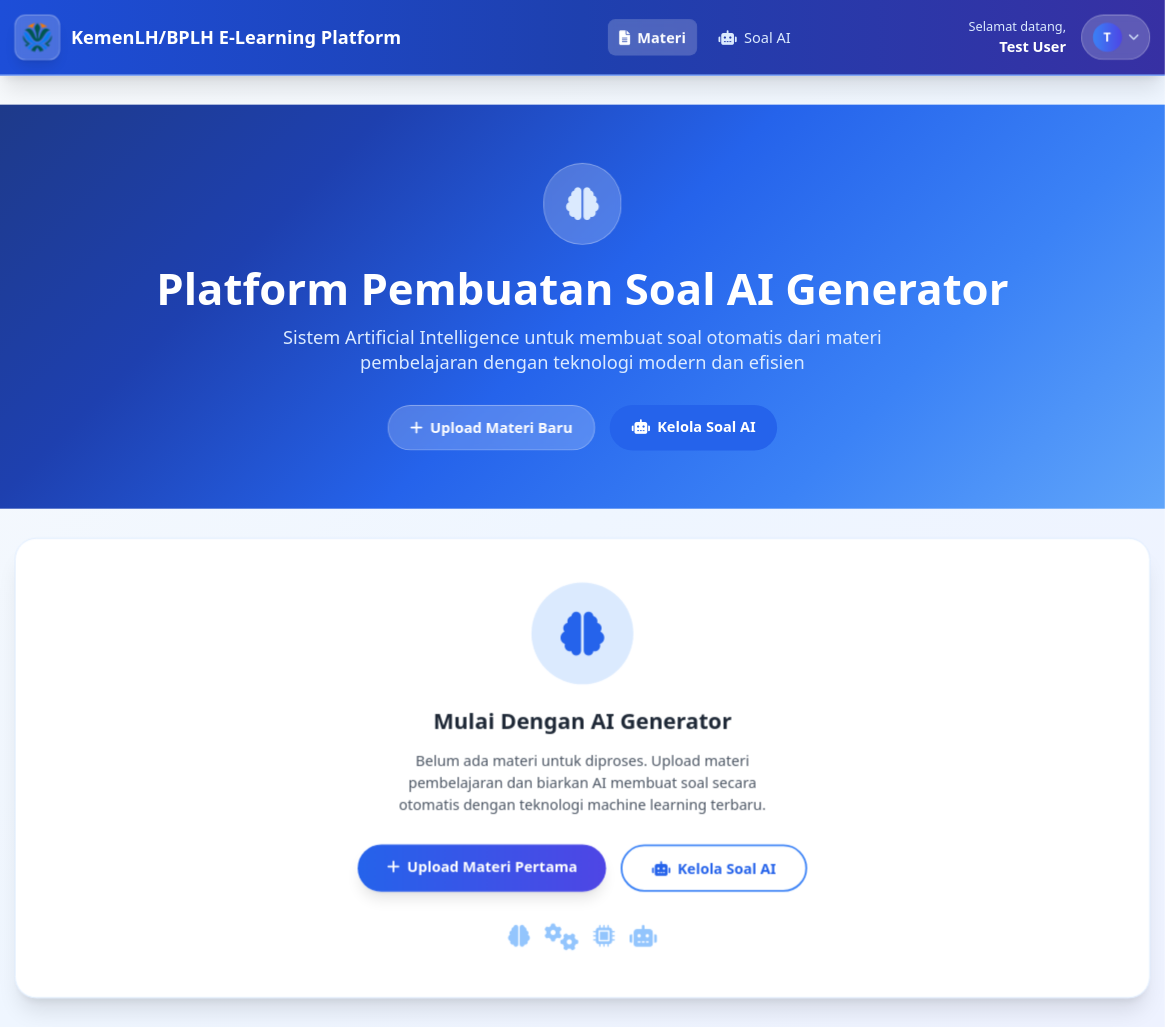
Repository: Autofat/LMS-MOOC
Page: http://localhost/materials
These files come from the project's save history. The page is drawn as it stood at one moment and after the next save; the edit follows.
The browser window is 1280 px wide. The pictures show the whole page, at 91% of full size.
Some web libraries are served in a nearby version. The page is served by the project's Laravel application, run on PHP 8.4 with Laravel 12. A made-up administrator, Test User (test@example.com), is signed in. Queries for data that is not in the repository find no rows.

Above is the page before, as saved 2025-08-01 13:17:23.

After the next save:
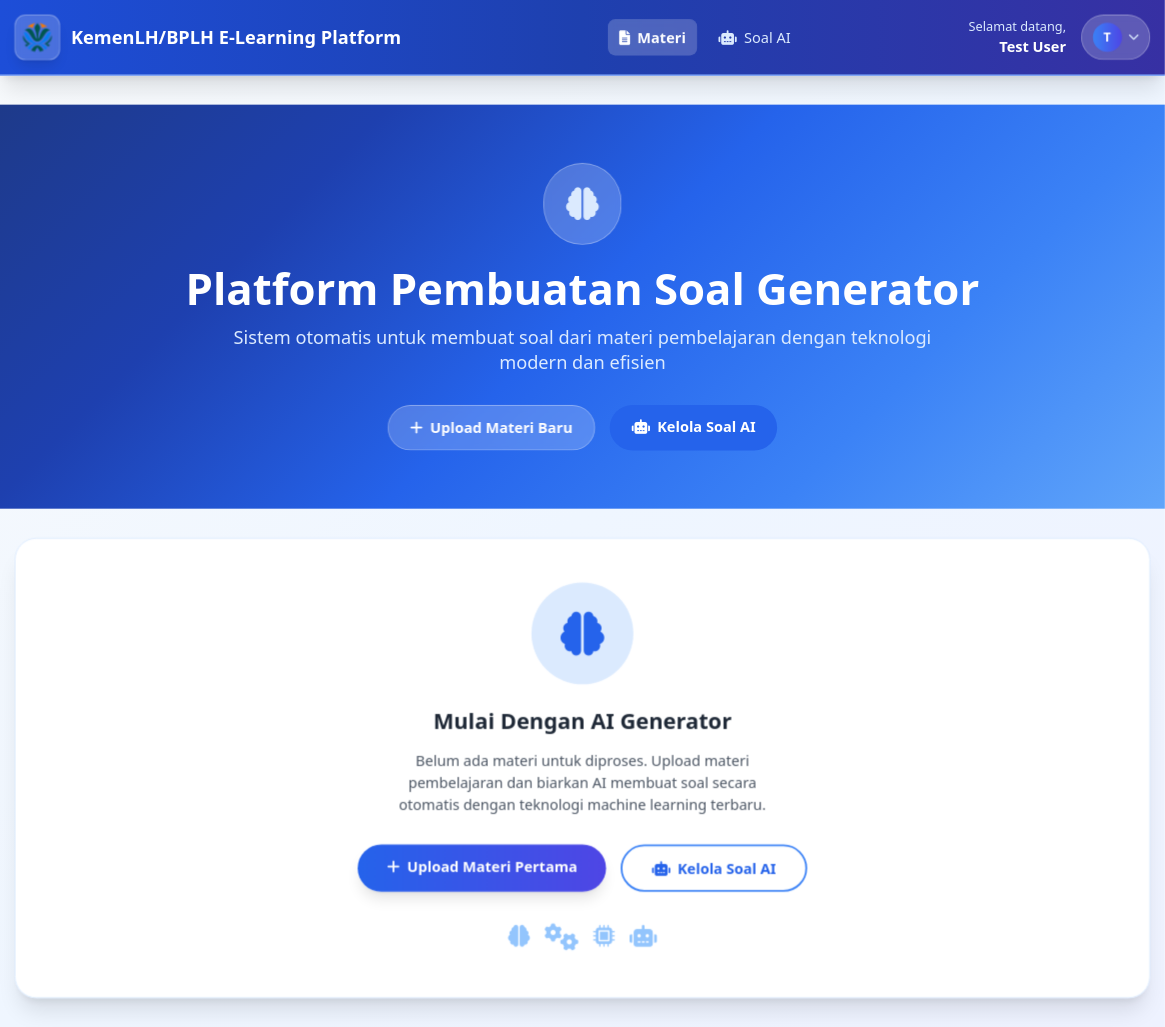
Saved 65 s later.
--- a/resources/views/materials/index.blade.php
+++ b/resources/views/materials/index.blade.php
@@ -31,10 +31,10 @@
                     </div>
                 </div>
                 <h1 class="text-4xl md:text-5xl font-bold mb-4">
-                    Platform Pembuatan Soal AI Generator
+                    Platform Pembuatan Soal Generator
                 </h1>
                 <p class="text-xl text-blue-100 mb-8 max-w-3xl mx-auto">
-                    Sistem Artificial Intelligence untuk membuat soal otomatis dari materi pembelajaran dengan teknologi modern dan efisien
+                    Sistem otomatis untuk membuat soal dari materi pembelajaran dengan teknologi modern dan efisien
                 </p>
                 <div class="flex flex-col sm:flex-row gap-4 justify-center">
                     <a href="{{ route('materials.create') }}"
